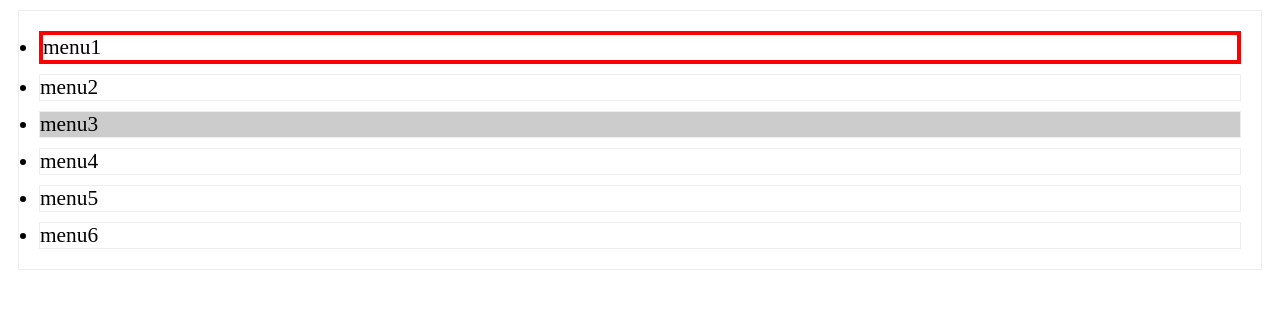
Repository: swc0516s/EZEN-JS
Page: JavaScript Workspace Lecture/JavaScript_jQuery_03/WebContent/Chapter03/3_11.html
These files come from the project's save history. The page is drawn as it stood at one moment and after the next save; the edit follows.
The browser window is 1280 px wide. The pictures show the whole page.

Above is the page before, as saved 2022-03-18 02:30:05.

### JavaScript Workspace Lecture/JavaScript_jQuery_03/WebContent/Chapter03/3_11.html
<!DOCTYPE html>
<html>
<head>
<meta charset="UTF-8">
<title>Insert title here</title>
<style type="text/css">
body {
	font-size: 16pt;
	font-family: "굴림";
}

div, p, ul, li {
	border: 1px #eeeeee solid;
	margin: 10px;
}

ul {
	padding: 10px;
}

li.select {
	background-color: #ccc;
}
</style>
<script type="text/javascript" src="../libs/jquery-3.6.0.min.js"></script>
<script type="text/javascript">
	// 마지막 노드 (menu6)의 모든 형제 노드를 찾아 border속성을("4px solid #f00")으로 변경
	$(document).ready(function() {
		var select = $("ul.menu");
		select.children().first().css("border", "4px solid #f00");
	});
</script>
</head>
<body>
	<ul class="menu">
		<li>menu1</li>
		<li>menu2</li>
		<li class="select">menu3</li>
		<li>menu4</li>
		<li>menu5</li>
		<li>menu6</li>
	</ul>
</body>
</html>

Loaded but not shown: JavaScript Workspace Lecture/JavaScript_jQuery_03/WebContent/libs/jquery-3.6.0.min.js (library)

After the next save:
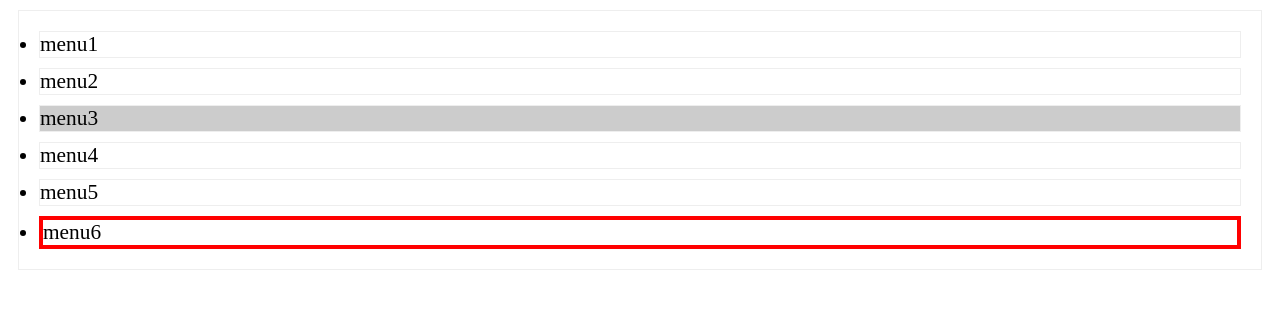
Saved 27 s later.
--- a/JavaScript Workspace Lecture/JavaScript_jQuery_03/WebContent/Chapter03/3_11.html
+++ b/JavaScript Workspace Lecture/JavaScript_jQuery_03/WebContent/Chapter03/3_11.html
@@ -27,7 +27,7 @@ li.select {
 	// 마지막 노드 (menu6)의 모든 형제 노드를 찾아 border속성을("4px solid #f00")으로 변경
 	$(document).ready(function() {
 		var select = $("ul.menu");
-		select.children().first().css("border", "4px solid #f00");
+		select.children().last().css("border", "4px solid #f00");
 	});
 </script>
 </head>
